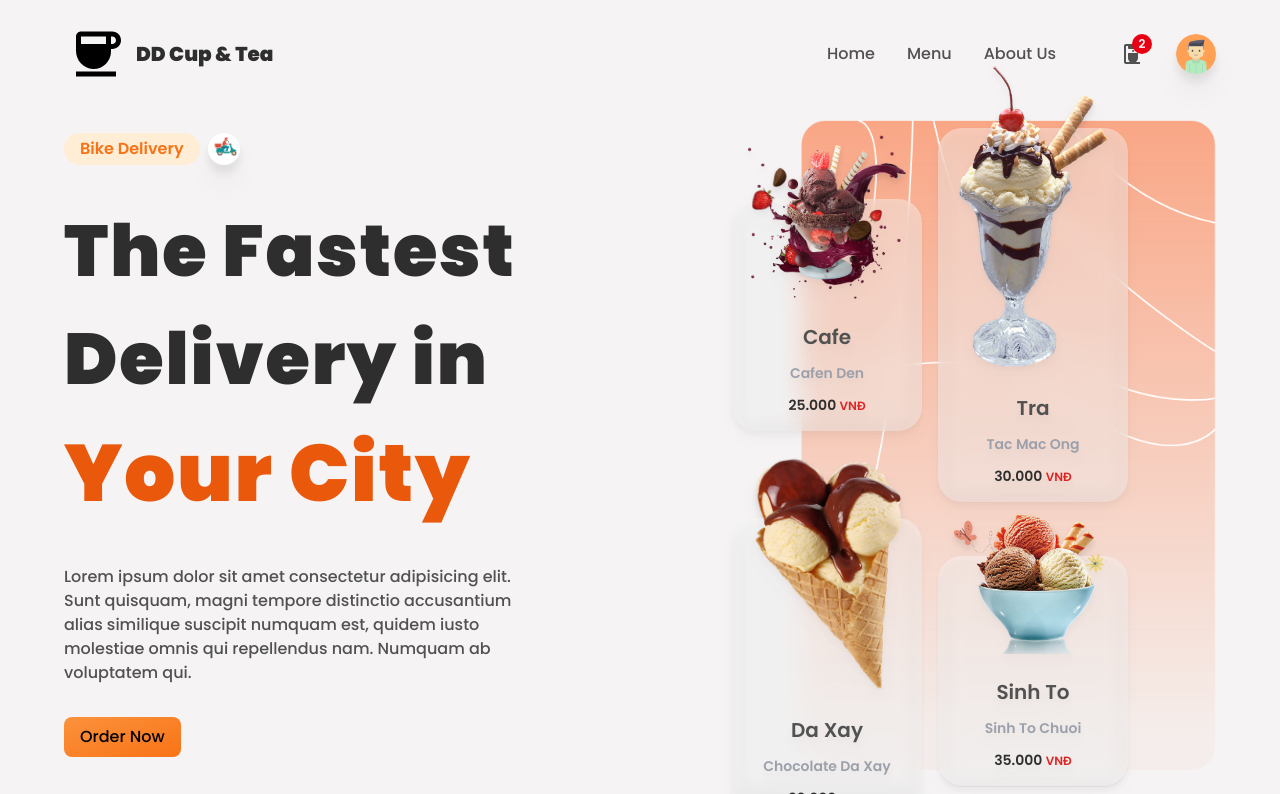
Repository: duongspm/ddcoffee
Page: /
An editor plug-in stored every save of this project. The page is shown before and after the next save, followed by the edit.
The browser window is 1280 px wide. The pictures show the whole page.
The project was rebuilt for these pictures with package versions that can differ from the ones it lists, and the page was loaded fresh each time. Also part of the build but not shown: src/App.css, src/components/CreateContainer.jsx.

Above is the page before, as saved 2022-07-12 20:06:50.

After the next save:
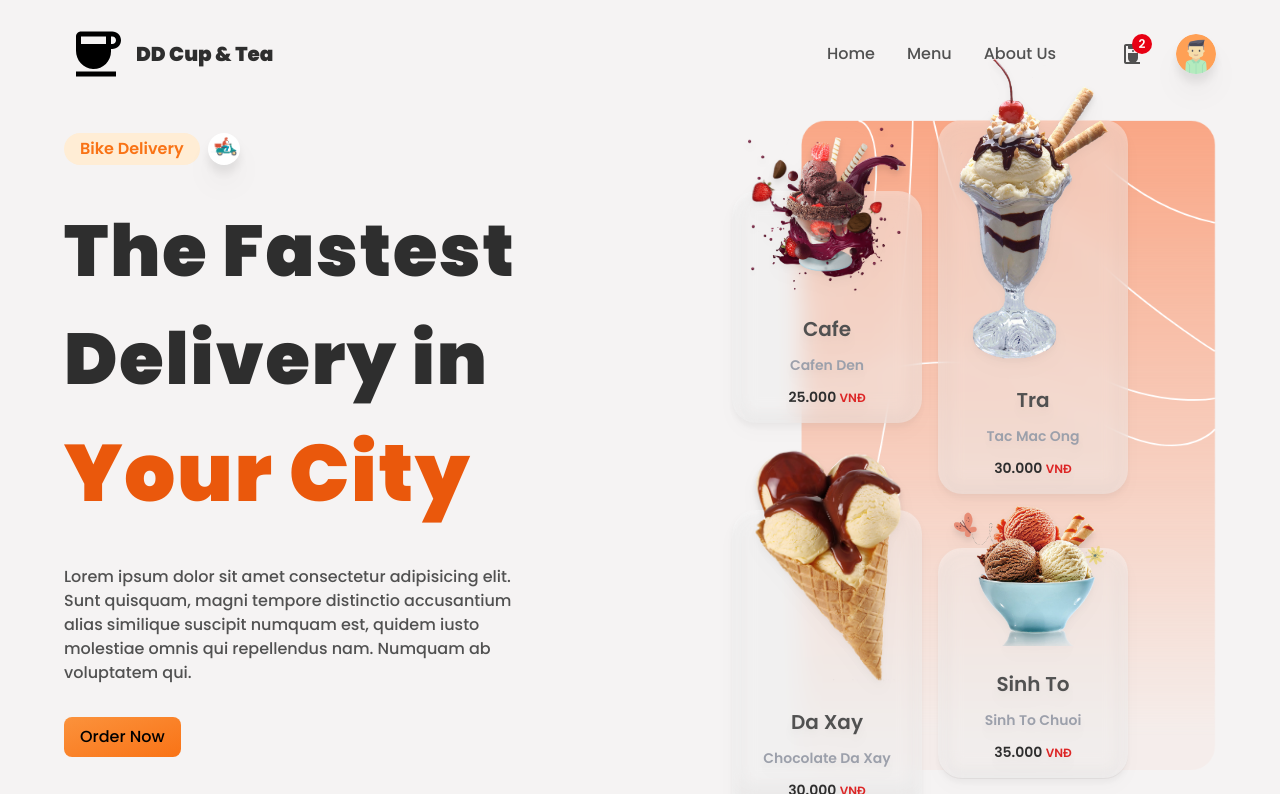
Saved 25 s later.
--- a/src/components/HomeContainer.jsx
+++ b/src/components/HomeContainer.jsx
@@ -20,7 +20,7 @@ const HomeContainer = () => {
             <div className='py-2 flex-1 flex items-center relative'>
                 <img src={HeroBg} className="ml-auto h-420 w-full lg:w-auto lg:h-650" alt="hero-bg"/>
 
-                <div className='w-full h-full absolute flex items-center justify-center top-0 left-0 px-12 py-4 gap-4 flex-wrap'>
+                <div className='w-full h-full absolute flex items-center justify-center top-0 left-0 px-12 py-2 gap-4 flex-wrap'>
                     {heroData && heroData.map(n => (
                         <div key={n.id} className='w-190 bg-cardOverlay backdrop-blur-md p-4 rounded-3xl flex flex-col items-center justify-center min-w-[190px] drop-shadow-lg'>
                         <img src={n.imageSrc} className='w-40 -mt-20' alt='i1'/>
